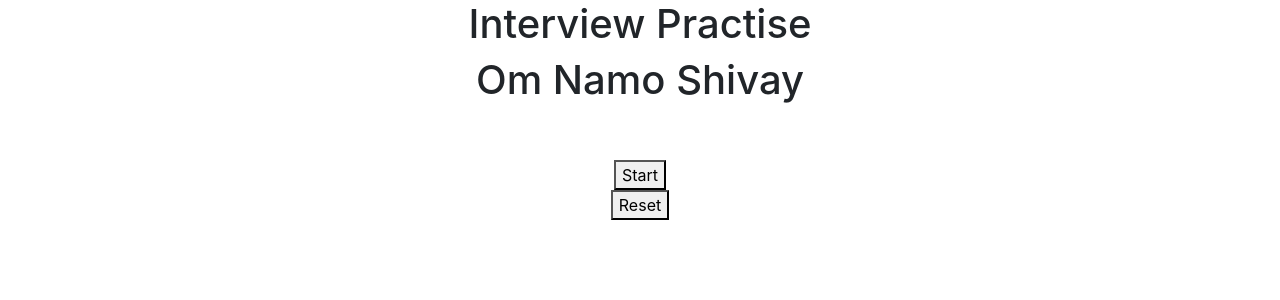
Repository: punitbathija/Machine-Round-React
Page: /
These files come from the project's save history. The page is drawn as it stood at one moment and after the next save; the edit follows.
The browser window is 1280 px wide. The pictures show the whole page.
The project was rebuilt for these pictures with package versions that can differ from the ones it lists, and the page was loaded fresh each time. Also part of the build but not shown: src/components/counter.jsx.

Above is the page before, as saved 2023-06-01 13:07:47.

### src/index.js
import React from "react";
import ReactDOM from "react-dom/client";
import Counter from "./components/counter";
import "./index.css";
import ProgressBar from "./components/ProgressBar";
// import FetchApi from "./components/FetchApi";

const root = ReactDOM.createRoot(document.getElementById("root"));
root.render(
  <>
    <h1 className="text-center">Interview Practise</h1>
    {/* <Counter /> */}
    {/* <FetchApi /> */}
    <ProgressBar />
  </>
);

### src/components/ProgressBar.js
import React, { useEffect, useState } from "react";

const ProgressBar = () => {
  const [progress, setProgress] = useState(0);
  const [isRunning, setIsRunning] = useState(false);

  useEffect(() => {
    if (progress < 100 && isRunning) {
      setTimeout(() => {
        setProgress((prev) => prev + 2);
      }, 100);
    }
  }, [isRunning, progress]);

  const resetCounter = () => {
    setProgress(0);
    setIsRunning(false);
  };

  return (
    <div
      style={{
        display: "flex",
        flexDirection: "column",
        alignItems: "center",
        justifyContent: "center",
        margin: "auto",
      }}
    >
      <h1>Om Namo Shivay</h1>
      <br />
      {isRunning && (
        <div
          style={{
            margin: "auto",
            textAlign: "center",
            display: "flex",
            alignItems: "center",
            justifyContent: "center",
            width: `${progress}%`,
            background: "linear-gradient(to right, #1c92d2, #f2fcfe)",
            transition: "ease",
            border: "4px dashed black",
            padding: "10px",
          }}
        >
          Loading... {progress}%
        </div>
      )}
      <br />
      <button onClick={() => setIsRunning(true)}>Start</button>
      <button onClick={resetCounter}>Reset</button>
    </div>
  );
};

export default ProgressBar;

Loaded but not shown: public/index.html (common file); src/index.css (common file)

After the next save:
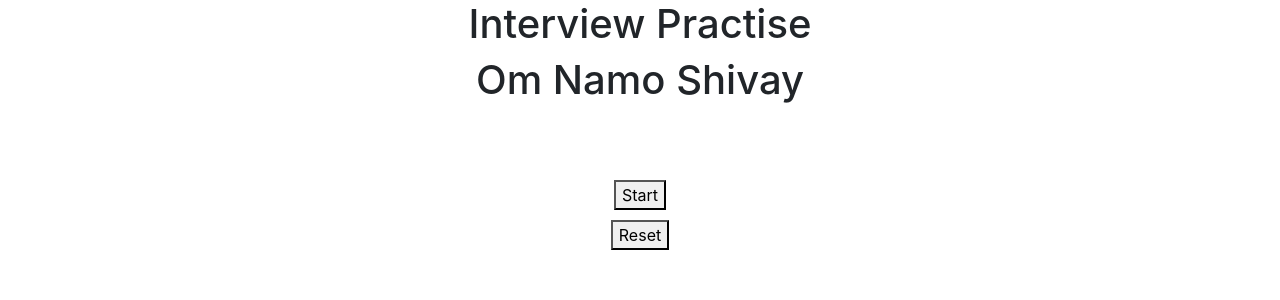
Saved 21 s later.
--- a/src/components/ProgressBar.js
+++ b/src/components/ProgressBar.js
@@ -25,6 +25,7 @@ const ProgressBar = () => {
         alignItems: "center",
         justifyContent: "center",
         margin: "auto",
+        gap: "10px",
       }}
     >
       <h1>Om Namo Shivay</h1>
